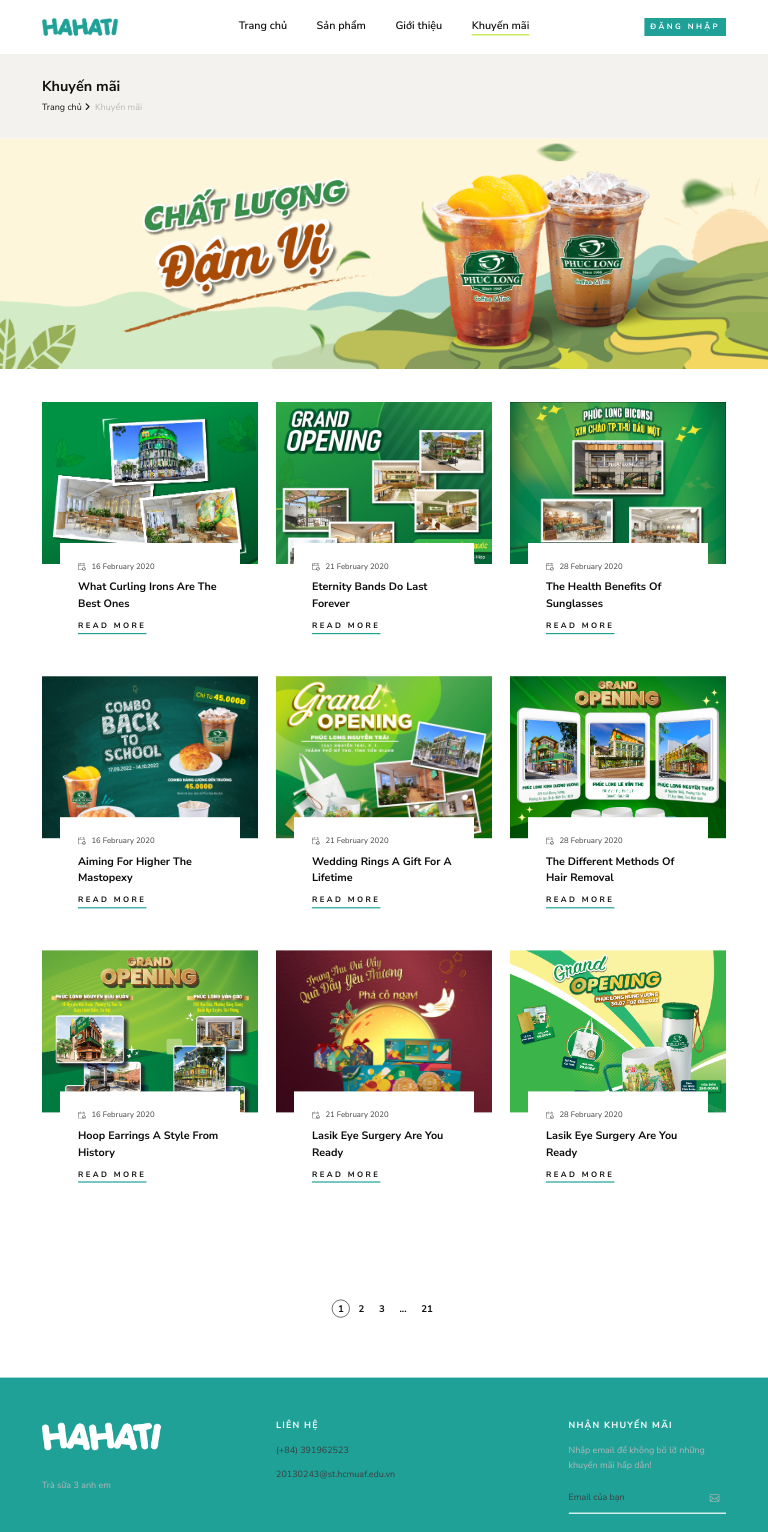
Repository: letrongtinh27/template
Page: blog.html
The author's editor kept a copy of each file at every save. The page is drawn from the files as they stood at one save, then again after the next save.
The browser window is 1280 px wide. The pictures show the whole page, at 60% of full size.

Above is the page before, as saved 2022-10-25 19:17:24.

### blog.html
<!DOCTYPE html>
<html lang="zxx">
  <head>
    <meta charset="UTF-8" />
    <meta name="description" content="Male_Fashion Template" />
    <meta name="keywords" content="Male_Fashion, unica, creative, html" />
    <meta name="viewport" content="width=device-width, initial-scale=1.0" />
    <meta http-equiv="X-UA-Compatible" content="ie=edge" />
    <title>HAHATI | Tài khoản</title>

    <!-- Google Font -->
    <link
      href="https://fonts.googleapis.com/css2?family=Nunito+Sans:wght@300;400;600;700;800;900&display=swap"
      rel="stylesheet"
    />

    <!-- Css Styles -->
    <link rel="stylesheet" href="css/bootstrap.min.css" type="text/css" />
    <link rel="stylesheet" href="css/font-awesome.min.css" type="text/css" />
    <link
      rel="stylesheet"
      href="https://cdnjs.cloudflare.com/ajax/libs/font-awesome/6.2.0/css/all.min.css"
      integrity="sha512-xh6O/CkQoPOWDdYTDqeRdPCVd1SpvCA9XXcUnZS2FmJNp1coAFzvtCN9BmamE+4aHK8yyUHUSCcJHgXloTyT2A=="
      crossorigin="anonymous"
      referrerpolicy="no-referrer"
    />
    <link rel="stylesheet" href="css/elegant-icons.css" type="text/css" />
    <link rel="stylesheet" href="css/magnific-popup.css" type="text/css" />
    <link rel="stylesheet" href="css/nice-select.css" type="text/css" />
    <link rel="stylesheet" href="css/owl.carousel.min.css" type="text/css" />
    <link rel="stylesheet" href="css/slicknav.min.css" type="text/css" />
    <link rel="stylesheet" href="css/style.css" type="text/css" />
    <link rel="stylesheet" href="css/blog.css">
  </head>

  <body>
    <!-- Page Preloder -->
    <div id="preloder">
      <div class="loader"></div>
    </div>

    <!-- Offcanvas Menu Begin -->
    <div class="offcanvas-menu-overlay"></div>
    <div class="offcanvas-menu-wrapper">
      <div class="offcanvas__option">
        <div class="offcanvas__links">
          <a href="#">Sign in</a>
        </div>
      </div>
      <div class="offcanvas__nav__option">
        <a href="#" class="search-switch"
          ><img src="img/icon/search.png" alt=""
        /></a>
        <a href="#"><img src="img/icon/heart.png" alt="" /></a>
        <a href="#"><img src="img/icon/cart.png" alt="" /> <span>0</span></a>
        <div class="price">$0.00</div>
      </div>
      <div id="mobile-menu-wrap"></div>
    </div>
    <!-- Offcanvas Menu End -->

    <!-- Header Section Begin -->
    <header class="header">
      <div class="container">
        <div class="row">
          <div class="col-lg-3 col-md-3">
            <div class="header__logo">
              <a href="./index.html"
                ><img class="logo-small" src="img/logo.png" alt=""
              /></a>
            </div>
          </div>
          <div class="col-lg-6 col-md-6">
            <nav class="header__menu mobile-menu">
              <ul>
                <li><a href="./index.html">Trang chủ</a></li>
                <li class=""><a href="./shop.html">Sản phẩm</a></li>
                <li class=""><a href="#">Giới thiệu</a></li>
                <li class="active"><a href="./blog.html">Khuyến mãi</a></li>
              </ul>
            </nav>
          </div>
          <div class="col-lg-3 col-md-3">
            <div class="header__nav__option">
              <a href="#" class="primary-btn login-btn">Đăng nhập</a>
            </div>
          </div>
        </div>
        <div class="canvas__open"><i class="fa fa-bars"></i></div>
      </div>
    </header>
    <!-- Header Section End -->

    <!-- Breadcrumb Section Begin -->
    <section class="breadcrumb-option">
      <div class="container">
        <div class="row">
          <div class="col-lg-12">
            <div class="breadcrumb__text">
              <h4>Khuyến mãi</h4>
              <div class="breadcrumb__links">
                <a href="./index.html">Trang chủ</a>
                <span>Khuyến mãi</span>
              </div>
            </div>
          </div>
        </div>
      </div>
    </section>
    <!-- <section class="breadcrumb-blog set-bg" data-setbg="img/banner-matcha.jpg">
      <div class="container">
          <div class="row">
              <div class="col-lg-12">
                  <h2>Our Blog</h2>
              </div>
          </div>
      </div>
  </section> -->
    <!-- Breadcrumb Section End -->
  <div class="thumbCover">
    <img src="./img/banner-matcha.jpg" alt="">
  </div>
    <!-- Shopping Cart Section Begin -->
    <section class="blog">
      <div class="container">
        <div class="row">
            <div class="col-lg-4 col-md-6 col-sm-6">
                <div class="blog__item">
                    <div class="blog__item__pic set-bg" data-setbg="img/blog/blog-1.jpg"></div>
                    <div class="blog__item__text">
                        <span><img src="img/icon/calendar.png" alt=""> 16 February 2020</span>
                        <h5>What Curling Irons Are The Best Ones</h5>
                        <a href="#">Read More</a>
                    </div>
                </div>
            </div>
            <div class="col-lg-4 col-md-6 col-sm-6">
                <div class="blog__item">
                    <div class="blog__item__pic set-bg" data-setbg="img/blog/blog-2.jpg"></div>
                    <div class="blog__item__text">
                        <span><img src="img/icon/calendar.png" alt=""> 21 February 2020</span>
                        <h5>Eternity Bands Do Last Forever</h5>
                        <a href="#">Read More</a>
                    </div>
                </div>
            </div>
            <div class="col-lg-4 col-md-6 col-sm-6">
                <div class="blog__item">
                    <div class="blog__item__pic set-bg" data-setbg="img/blog/blog-3.jpg"></div>
                    <div class="blog__item__text">
                        <span><img src="img/icon/calendar.png" alt=""> 28 February 2020</span>
                        <h5>The Health Benefits Of Sunglasses</h5>
                        <a href="#">Read More</a>
                    </div>
                </div>
            </div>
            <div class="col-lg-4 col-md-6 col-sm-6">
                <div class="blog__item">
                    <div class="blog__item__pic set-bg" data-setbg="img/blog/blog-4.jpg"></div>
                    <div class="blog__item__text">
                        <span><img src="img/icon/calendar.png" alt=""> 16 February 2020</span>
                        <h5>Aiming For Higher The Mastopexy</h5>
                        <a href="#">Read More</a>
                    </div>
                </div>
            </div>
            <div class="col-lg-4 col-md-6 col-sm-6">
                <div class="blog__item">
                    <div class="blog__item__pic set-bg" data-setbg="img/blog/blog-5.jpg"></div>
                    <div class="blog__item__text">
                        <span><img src="img/icon/calendar.png" alt=""> 21 February 2020</span>
                        <h5>Wedding Rings A Gift For A Lifetime</h5>
                        <a href="#">Read More</a>
                    </div>
                </div>
            </div>
            <div class="col-lg-4 col-md-6 col-sm-6">
                <div class="blog__item">
                    <div class="blog__item__pic set-bg" data-setbg="img/blog/blog-6.jpg"></div>
                    <div class="blog__item__text">
                        <span><img src="img/icon/calendar.png" alt=""> 28 February 2020</span>
                        <h5>The Different Methods Of Hair Removal</h5>
                        <a href="#">Read More</a>
                    </div>
                </div>
            </div>
            <div class="col-lg-4 col-md-6 col-sm-6">
                <div class="blog__item">
                    <div class="blog__item__pic set-bg" data-setbg="img/blog/blog-7.jpg"></div>
                    <div class="blog__item__text">
                        <span><img src="img/icon/calendar.png" alt=""> 16 February 2020</span>
                        <h5>Hoop Earrings A Style From History</h5>
                        <a href="#">Read More</a>
                    </div>
                </div>
            </div>
            <div class="col-lg-4 col-md-6 col-sm-6">
                <div class="blog__item">
                    <div class="blog__item__pic set-bg" data-setbg="img/blog/blog-8.jpg"></div>
                    <div class="blog__item__text">
                        <span><img src="img/icon/calendar.png" alt=""> 21 February 2020</span>
                        <h5>Lasik Eye Surgery Are You Ready</h5>
                        <a href="#">Read More</a>
                    </div>
                </div>
            </div>
            <div class="col-lg-4 col-md-6 col-sm-6">
                <div class="blog__item">
                    <div class="blog__item__pic set-bg" data-setbg="img/blog/blog-9.jpg"></div>
                    <div class="blog__item__text">
                        <span><img src="img/icon/calendar.png" alt=""> 28 February 2020</span>
                        <h5>Lasik Eye Surgery Are You Ready</h5>
                        <a href="#">Read More</a>
                    </div>
                </div>
            </div>
        </div>
        <div class="row spad">
          <div class="col-lg-12">
              <div class="product__pagination">
                  <a class="active" href="#">1</a>
                  <a href="#">2</a>
                  <a href="#">3</a>
                  <span>...</span>
                  <a href="#">21</a>
              </div>
          </div>
      </div>
    </div>
    </section>
    <footer class="footer">
      <div class="container">
        <div class="row">
          <div class="col-lg-3 col-md-6 col-sm-6">
            <div class="footer__about">
              <div class="footer__logo">
                <a href="#"><img src="img/footer-logo.png" alt="" /></a>
              </div>
              <p>Trà sữa 3 anh em</p>
            </div>
          </div>
          <div class="col-lg-2 offset-lg-1 col-md-3 col-sm-6">
            <div class="footer__widget">
              <h6>Liên hệ</h6>
              <ul>
                <li>
                  <p>(+84) 391962523</p>
                </li>
                <li>
                  <p>20130243@st.hcmuaf.edu.vn</p>
                </li>
              </ul>
            </div>
          </div>
          <div class="col-lg-2 col-md-3 col-sm-6">
            <div class="footer__widget"></div>
          </div>
          <div class="col-lg-3 offset-lg-1 col-md-6 col-sm-6">
            <div class="footer__widget">
              <h6>Nhận khuyến mãi</h6>
              <div class="footer__newslatter">
                <p>Nhập email để không bõ lỡ những khuyến mãi hấp dẫn!</p>
                <form action="#">
                  <input type="text" placeholder="Email của bạn" />
                  <button type="submit">
                    <span class="icon_mail_alt"></span>
                  </button>
                </form>
              </div>
            </div>
          </div>

        </div>
      </div>
    </footer>
    <!-- Footer Section End -->

    <!-- Search Begin -->
    <div class="search-model">
      <div class="h-100 d-flex align-items-center justify-content-center">
        <div class="search-close-switch">+</div>
        <form class="search-model-form">
          <input type="text" id="search-input" placeholder="Search here....." />
        </form>
      </div>
    </div>
    <!-- Search End -->

    <!-- Js Plugins -->
    <script src="js/jquery-3.3.1.min.js"></script>
    <script src="js/jquery.nice-select.min.js"></script>
    <script src="js/jquery.nicescroll.min.js"></script>
    <script src="js/jquery.magnific-popup.min.js"></script>
    <script src="js/jquery.countdown.min.js"></script>
    <script src="js/jquery.slicknav.js"></script>
    <script src="js/mixitup.min.js"></script>
    <script src="js/owl.carousel.min.js"></script>
    <script src="js/main.js"></script>
    <script src="js/account/bootstrap.min.js"></script>
    <script src="assets/js/vendor/jquery-3.5.1.min.js"></script>

  </body>
</html>

### css/blog.css
.blog {
    padding:55px 0 0 0 ;
}

.thumbCover {
    width: 100%;
}

.thumbCover > img {
    width: 100%;
    height: auto;
}

Loaded but not shown: css/bootstrap.min.css (library); css/font-awesome.min.css (library); css/magnific-popup.css (library); css/nice-select.css (common file); css/owl.carousel.min.css (library); css/slicknav.min.css (common file); js/jquery-3.3.1.min.js (library); js/jquery.nice-select.min.js (common file); js/jquery.nicescroll.min.js (library); js/jquery.magnific-popup.min.js (library); js/jquery.countdown.min.js (library); js/jquery.slicknav.js (library); js/mixitup.min.js (library); js/owl.carousel.min.js (library); js/account/bootstrap.min.js (library); assets/js/vendor/jquery-3.5.1.min.js (library); js/main.js (216 lines, source omitted); css/style.css (3856 lines, source omitted); css/elegant-icons.css (1157 lines, source omitted)

After the next save:
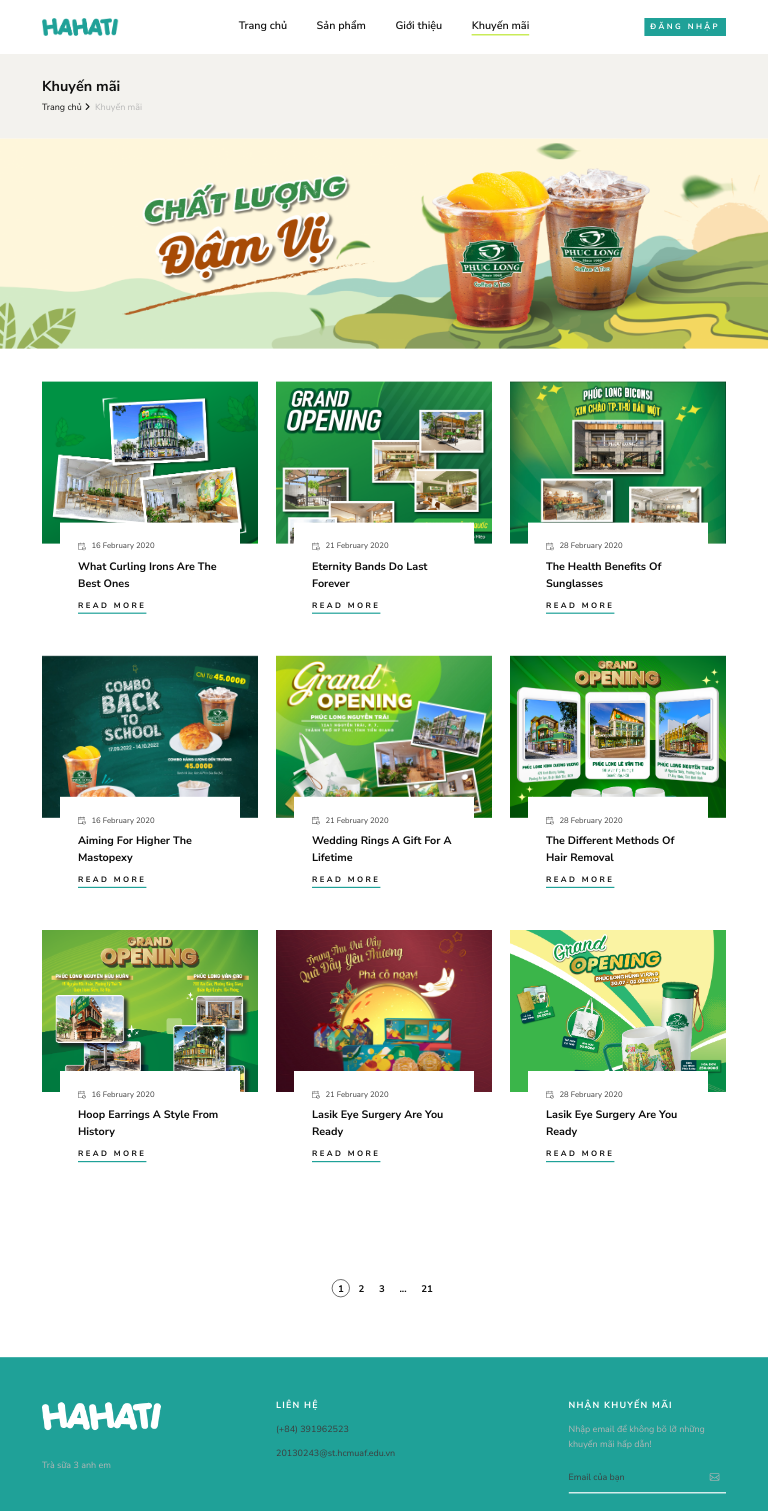
Saved 7 s later.
--- a/css/blog.css
+++ b/css/blog.css
@@ -8,5 +8,5 @@
 
 .thumbCover > img {
     width: 100%;
-    height: auto;
+    height: 350px;
 }

After the save that followed:
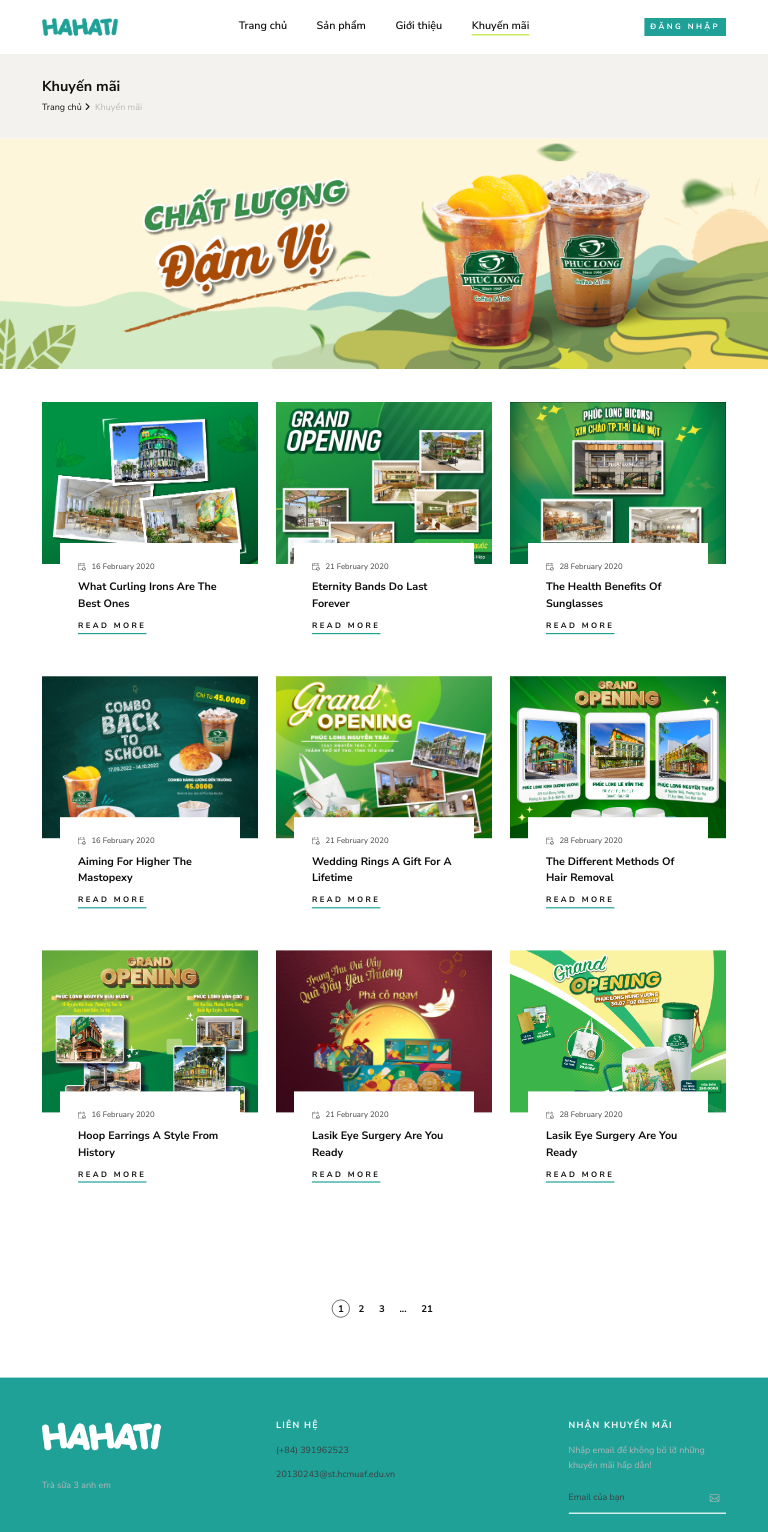
Saved 3 min 29 s later.
--- a/css/blog.css
+++ b/css/blog.css
@@ -8,5 +8,5 @@
 
 .thumbCover > img {
     width: 100%;
-    height: 350px;
+    height: 5;
 }
